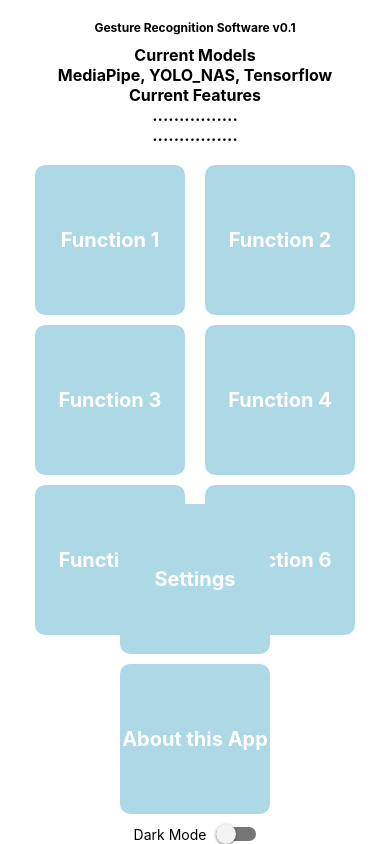
Repository: hajin-park/V-QUIP
Page: / (app in frontend/react-native-app/)
An editor plug-in stored every save of this project. The page is shown before and after the next save, followed by the edit.
The browser window is 390 px wide. The pictures show the whole page.
The app was drawn by React Native's web renderer in a window 390 px wide. The project was rebuilt for these pictures with package versions that can differ from the ones it lists, and the page was loaded fresh each time.

Above is the page before, as saved 2024-04-08 00:03:30.

After the next save:
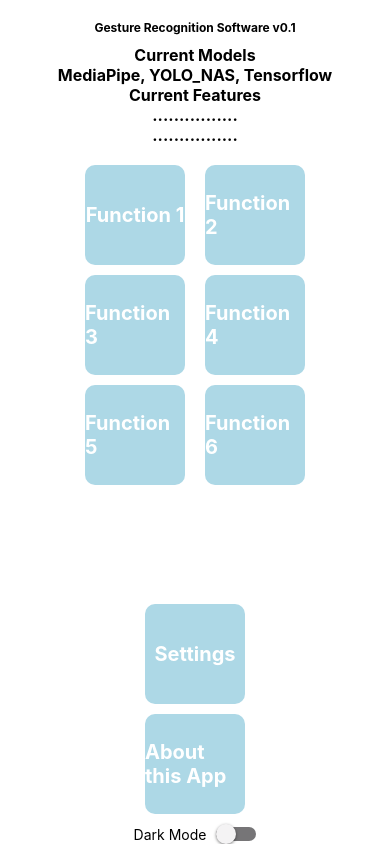
Saved 47 s later.
--- a/frontend/react-native-app/App.js
+++ b/frontend/react-native-app/App.js
@@ -110,8 +110,17 @@ const styles = StyleSheet.create({
     marginBottom: 10,
   },
   box: {
-    width: 150,
-    height: 150,
+    width: 100,
+    height: 100,
+    backgroundColor: '#ADD8E6', // Light blue color
+    borderRadius: 10, // Rounded edges
+    alignItems: 'center',
+    justifyContent: 'center',
+    marginHorizontal: 10,
+  },
+  box2: {
+    width: 100,
+    height: 100,
     backgroundColor: '#ADD8E6', // Light blue color
     borderRadius: 10, // Rounded edges
     alignItems: 'center',
